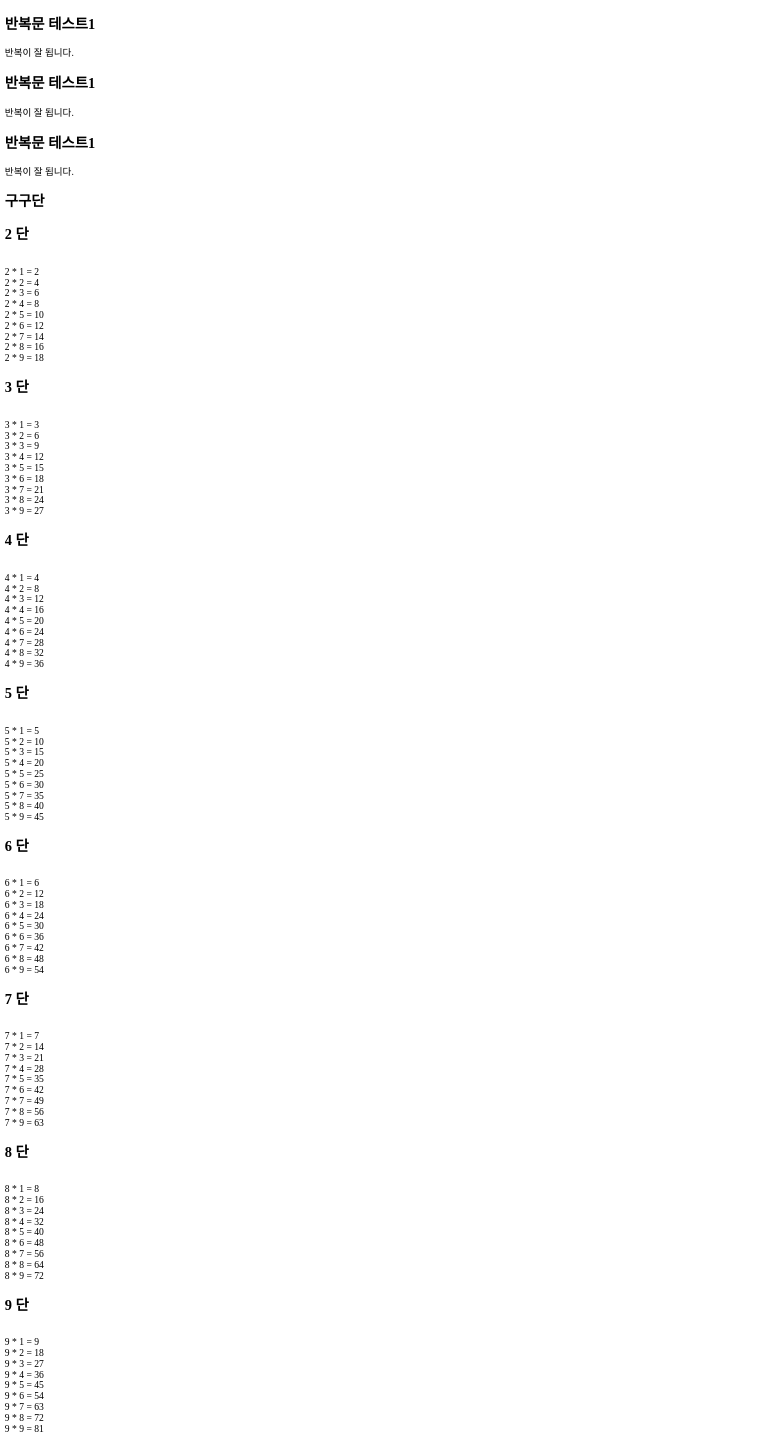
Repository: dev-leeJin/jsp-practice
Page: http://localhost/JSPBasic/jspTag/Scriptlet.jsp
The author's editor kept a copy of each file at every save. The page is drawn from the files as they stood at one save, then again after the next save.
The browser window is 1280 px wide. The pictures show the whole page, at 60% of full size.
The page is served by Tomcat 9.

Above is the page before, as saved 2022-01-28 03:15:26.

After the next save:
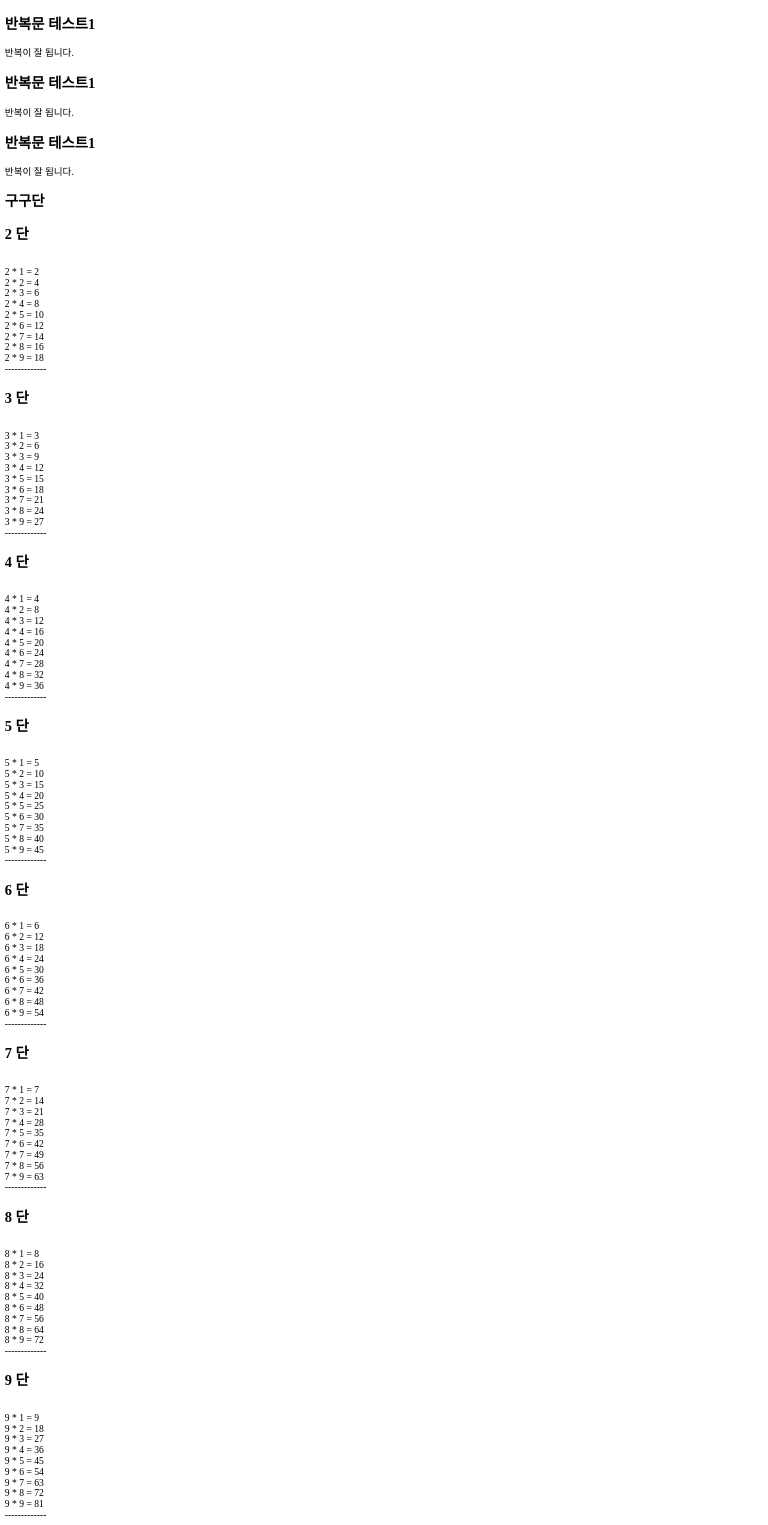
Saved 47 s later.
--- a/JSPBasic/src/main/webapp/jspTag/Scriptlet.jsp
+++ b/JSPBasic/src/main/webapp/jspTag/Scriptlet.jsp
@@ -26,7 +26,7 @@
 			out.println("<h2>"+a+" 단</h2>" + "<br/>");
 			for(int b = 1; b<10; b++){
 				out.println(a + " * " + b + " = " + (a*b) + "<br/>");
-			}
+			}out.println("-------------");
 		}
 	%>
 </body>
